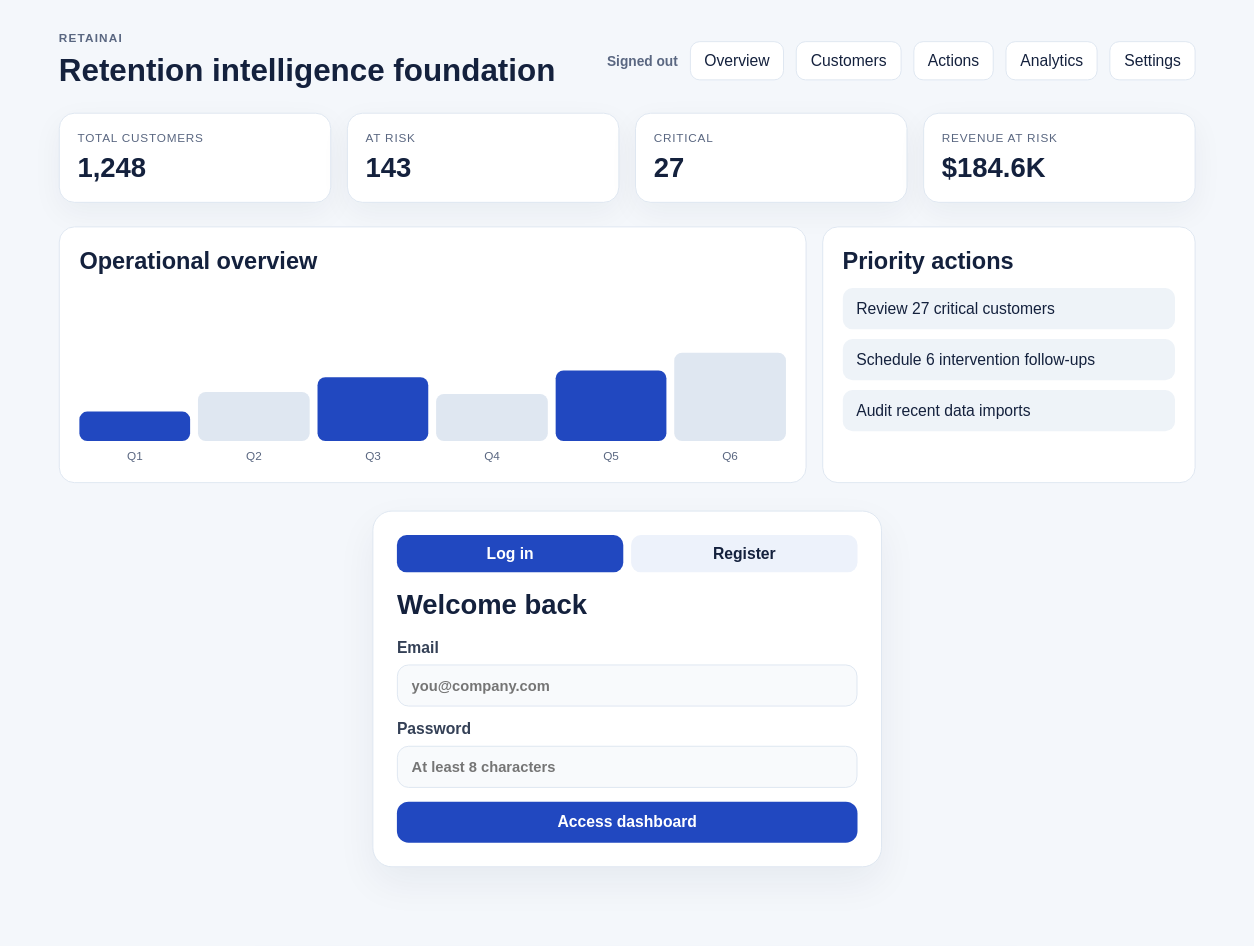
Repository: ghinashour/RetainAI
Page: / (app in frontend/)
The author's editor kept a copy of each file at every save. The page is drawn from the files as they stood at one save, then again after the next save.
The browser window is 1280 px wide. The pictures show the whole page, at 98% of full size.
The page's requests for data from a server got no answer. The project was rebuilt for these pictures with package versions that can differ from the ones it lists, and the page was loaded fresh each time. The framework's server and built-in components were replaced by stand-ins that run in the browser. No one was signed in, and anything a server would have sent is missing. Also part of the build but not shown: frontend/next.config.mjs.

Above is the page before, as saved 2026-09-23 18:35:33.

After the next save:
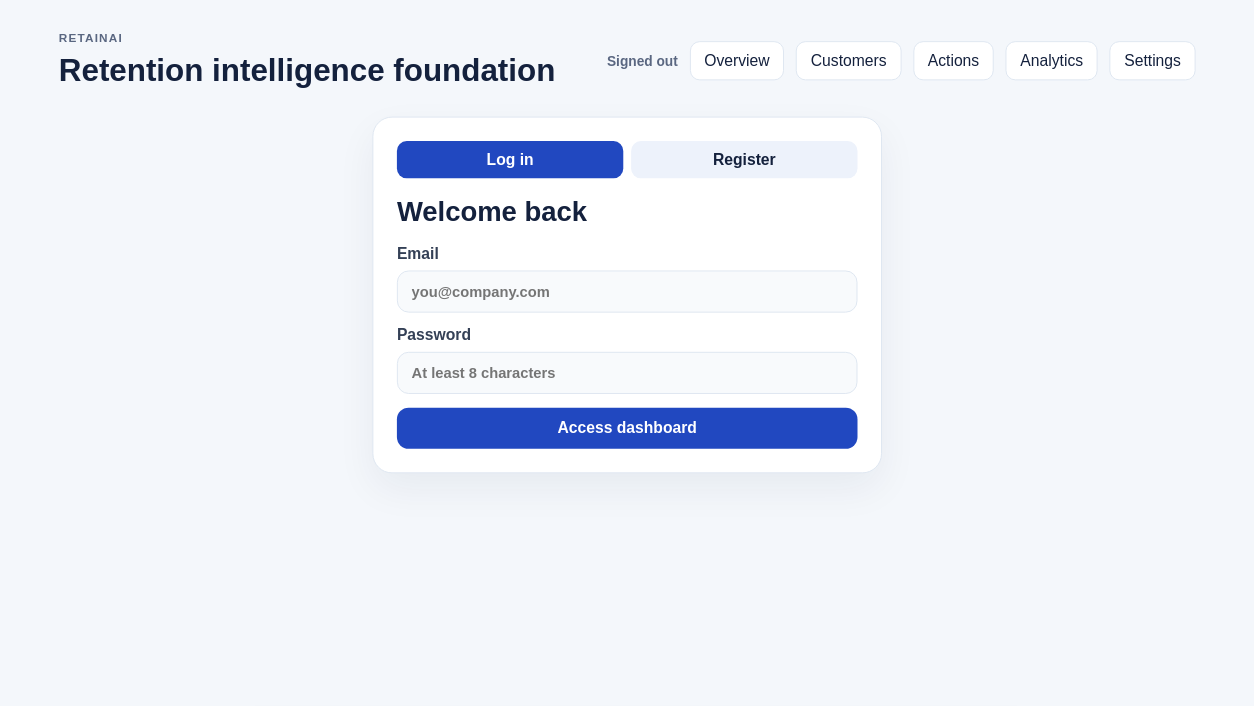
Saved 5 min 12 s later.
--- a/frontend/components/layout/app-shell.tsx
+++ b/frontend/components/layout/app-shell.tsx
@@ -61,7 +61,7 @@ export function AppShell() {
           <div style={{ fontSize: 12, letterSpacing: 1.2, textTransform: 'uppercase', color: '#5a6781', fontWeight: 700 }}>
             RetainAI
           </div>
-          <h1 style={{ margin: '8px 0 0', fontSize: 32 }}>Retention intelligence foundation</h1>
+          <h1 style={{ margin: '8px 0 0', fontSize: 32 }}>{sessionUser ? 'Workspace overview' : 'Retention intelligence foundation'}</h1>
         </div>
         <div style={{ display: 'flex', gap: 12, alignItems: 'center', flexWrap: 'wrap' }}>
           {sessionUser ? (
@@ -95,6 +95,36 @@ export function AppShell() {
           ))}
         </div>
       </header>
+
+      {sessionUser ? (
+        <AuthenticatedWorkspace user={sessionUser} />
+      ) : (
+        <section style={{ marginTop: 28 }}>
+          <AuthCard onAuthSuccess={(user) => setSessionUser(user)} />
+        </section>
+      )}
+    </main>
+  );
+}
+
+function AuthenticatedWorkspace({ user }: { user: SessionUser }) {
+  const displayName = user.full_name ?? user.email.split('@')[0] ?? 'Operator';
+
+  return (
+    <>
+      <section style={{ marginBottom: 24, background: '#ffffff', border: '1px solid #dfe7f1', borderRadius: 18, padding: 22, boxShadow: '0 12px 30px rgba(20, 33, 61, 0.04)' }}>
+        <div style={{ display: 'flex', justifyContent: 'space-between', gap: 16, alignItems: 'center', flexWrap: 'wrap' }}>
+          <div>
+            <div style={{ fontSize: 12, letterSpacing: 1.2, textTransform: 'uppercase', color: '#5a6781', fontWeight: 700 }}>
+              Active workspace
+            </div>
+            <h2 style={{ margin: '8px 0 0', fontSize: 30, color: '#14213d' }}>Welcome back, {displayName}</h2>
+          </div>
+          <div style={{ padding: '10px 14px', background: '#eef4ff', borderRadius: 12, color: '#2148c0', fontWeight: 700 }}>
+            {user.organization_id ? 'Tenant connected' : 'No tenant linked'}
+          </div>
+        </div>
+      </section>
 
       <section style={{ display: 'grid', gridTemplateColumns: 'repeat(auto-fit, minmax(220px, 1fr))', gap: 16 }}>
         {[
@@ -136,10 +166,6 @@ export function AppShell() {
           </ul>
         </div>
       </section>
-
-      <section style={{ marginTop: 28 }}>
-        <AuthCard onAuthSuccess={(user) => setSessionUser(user)} />
-      </section>
-    </main>
+    </>
   );
 }
